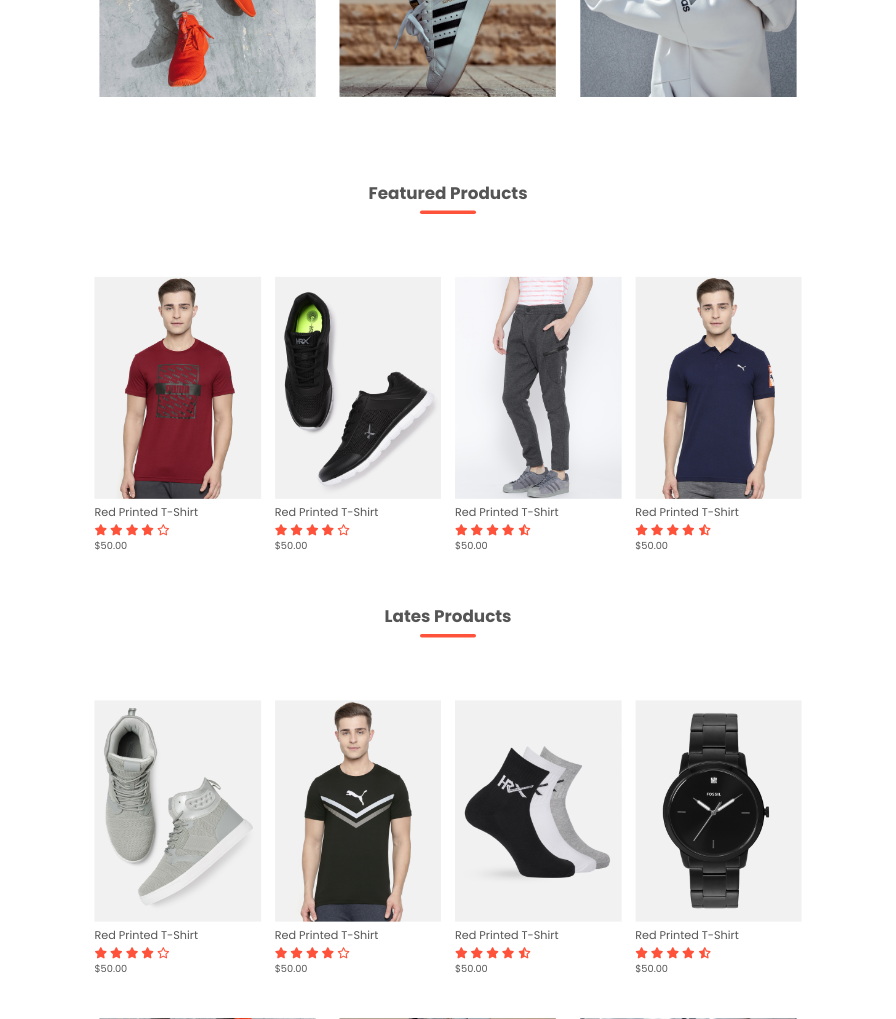
Repository: datvu1608/redsportstore
Page: index.html
The author's editor kept a copy of each file at every save. The page is drawn from the files as they stood at one save, then again after the next save.
The browser window is 1280 px wide. The pictures show the part of the page from y = 1061 to 2981 px (the page is 2516 px tall before and 2981 px after), at 70% of full size.

Above is the page before, as saved 2023-11-22 23:46:09.

### index.html
<!DOCTYPE html>
<html lang="en">
  <head>
    <meta charset="UTF-8" />
    <meta name="viewport" content="width=device-width, initial-scale=1.0" />
    <title>Restore | Ecommerce Website Design</title>
    <link
      href="https://fonts.googleapis.com/css2?family=Poppins:wght@300;400;500;600;700&display=swap"
      rel="stylesheet"
    />
    <link
      rel="stylesheet"
      href="https://cdnjs.cloudflare.com/ajax/libs/font-awesome/6.4.2/css/all.min.css"
    />
    <link rel="stylesheet" href="./styles.css" />
  </head>
  <body>
    <div class="header">
      <div class="container">
        <div class="navbar">
          <div class="logo">
            <img src="./images/logo.png" alt="" width="125px" />
          </div>
          <nav>
            <ul>
              <li>
                <a href="#">Home</a>
              </li>
              <li>
                <a href="#">Products</a>
              </li>
              <li>
                <a href="#">About</a>
              </li>
              <li>
                <a href="#">Contact</a>
              </li>
              <li>
                <a href="#">Account</a>
              </li>
            </ul>
          </nav>
          <img
            src="./images/cart.png"
            width="30px"
            height="30px"
            alt="cart-icon"
          />
        </div>
        <div class="row">
          <div class="col-2">
            <h1>Give Your Workout <br />A New Style!</h1>
            <p>
              Succes isn't always about greatness. It's about consistency.
              Consistent hard work gains success. Greatness will come.
            </p>
            <a href="" class="btn">Explore Now &#8594;</a>
          </div>
          <div class="col-2">
            <img src="./images/image1.png" alt="" />
          </div>
        </div>
      </div>
    </div>
    <!-- featured categories -->
    <div class="categories">
      <div class="small-container">
        <div class="row">
          <div class="col-3">
            <img src="./images/category-1.jpg" alt="" />
          </div>
          <div class="col-3">
            <img src="./images/category-2.jpg" alt="" />
          </div>
          <div class="col-3">
            <img src="./images/category-3.jpg" alt="" />
          </div>
        </div>
      </div>
    </div>
    <!-- featured-products -->
    <div class="small-container">
      <h2 class="title">Featured Products</h2>
      <div class="row">
        <div class="col-4">
          <img src="./images/product-1.jpg" alt="" />
          <h4>Red Printed T-Shirt</h4>
          <div class="rating">
            <i class="fa-solid fa-star"></i>
            <i class="fa-solid fa-star"></i>
            <i class="fa-solid fa-star"></i>
            <i class="fa-solid fa-star"></i>
            <i class="fa-regular fa-star"></i>
          </div>
          <p>$50.00</p>
        </div>
        <div class="col-4">
          <img src="./images/product-2.jpg" alt="" />
          <h4>Red Printed T-Shirt</h4>
          <div class="rating">
            <i class="fa-solid fa-star"></i>
            <i class="fa-solid fa-star"></i>
            <i class="fa-solid fa-star"></i>
            <i class="fa-solid fa-star"></i>
            <i class="fa-regular fa-star"></i>
          </div>
          <p>$50.00</p>
        </div>
        <div class="col-4">
          <img src="./images/product-3.jpg" alt="" />
          <h4>Red Printed T-Shirt</h4>
          <div class="rating">
            <i class="fa-solid fa-star"></i>
            <i class="fa-solid fa-star"></i>
            <i class="fa-solid fa-star"></i>
            <i class="fa-solid fa-star"></i>
            <i class="fa-solid fa-star-half-stroke"></i>
          </div>
          <p>$50.00</p>
        </div>
        <div class="col-4">
          <img src="./images/product-4.jpg" alt="" />
          <h4>Red Printed T-Shirt</h4>
          <div class="rating">
            <i class="fa-solid fa-star"></i>
            <i class="fa-solid fa-star"></i>
            <i class="fa-solid fa-star"></i>
            <i class="fa-solid fa-star"></i>
            <i class="fa-solid fa-star-half-stroke"></i>
          </div>
          <p>$50.00</p>
        </div>
      </div>
      <h2 class="title">Lates Products</h2>
      <div class="row">
        <div class="col-4">
          <img src="./images/product-5.jpg" alt="" />
          <h4>Red Printed T-Shirt</h4>
          <div class="rating">
            <i class="fa-solid fa-star"></i>
            <i class="fa-solid fa-star"></i>
            <i class="fa-solid fa-star"></i>
            <i class="fa-solid fa-star"></i>
            <i class="fa-regular fa-star"></i>
          </div>
          <p>$50.00</p>
        </div>
        <div class="col-4">
          <img src="./images/product-6.jpg" alt="" />
          <h4>Red Printed T-Shirt</h4>
          <div class="rating">
            <i class="fa-solid fa-star"></i>
            <i class="fa-solid fa-star"></i>
            <i class="fa-solid fa-star"></i>
            <i class="fa-solid fa-star"></i>
            <i class="fa-regular fa-star"></i>
          </div>
          <p>$50.00</p>
        </div>
        <div class="col-4">
          <img src="./images/product-7.jpg" alt="" />
          <h4>Red Printed T-Shirt</h4>
          <div class="rating">
            <i class="fa-solid fa-star"></i>
            <i class="fa-solid fa-star"></i>
            <i class="fa-solid fa-star"></i>
            <i class="fa-solid fa-star"></i>
            <i class="fa-solid fa-star-half-stroke"></i>
          </div>
          <p>$50.00</p>
        </div>
        <div class="col-4">
          <img src="./images/product-8.jpg" alt="" />
          <h4>Red Printed T-Shirt</h4>
          <div class="rating">
            <i class="fa-solid fa-star"></i>
            <i class="fa-solid fa-star"></i>
            <i class="fa-solid fa-star"></i>
            <i class="fa-solid fa-star"></i>
            <i class="fa-solid fa-star-half-stroke"></i>
          </div>
          <p>$50.00</p>
        </div>
      </div>
    </div>
  </body>
</html>

### styles.css
* {
  margin: 0;
  padding: 0;
  box-sizing: border-box;
}
body {
  font-family: 'Poppins', sans-serif;
}
a {
  text-decoration: none;
}
.navbar {
  display: flex;
  align-items: center;
  padding: 20px;
}
nav {
  flex: 1;
  text-align: right;
}
nav ul {
  display: inline-block;
  list-style-type: none;
}
nav ul li {
  display: inline-block;
  margin-right: 20px;
}
nav ul li a {
  text-decoration: none;
  color: #555;
}

p {
  color: #555;
}
.container {
  max-width: 1300px;
  margin: auto;
  padding-left: 25px;
  padding-right: 25px;
}
.row {
  display: flex;
  align-items: center;
  flex-wrap: wrap;
  justify-content: space-around;
}
.col-2 {
  flex-basis: 50%;
  min-width: 300px;
}
.col-2 img {
  max-width: 100%;
  padding: 50px 0;
}
.col-2 h1 {
  font-size: 50px;
  line-height: 60px;
  margin: 25px 0;
}
.btn {
  display: inline-block;
  background: #ff523b;
  border-radius: 30px;
  color: #fff;
  padding: 8px 30px;
  margin: 30px 0;
  transition: 0.5s;
}
.btn:hover {
  background: #563434;
}
.header {
  background: radial-gradient(#fff, #ffd6d6);
}
.header .row {
  margin-top: 70px;
}

.categories {
  margin: 70px 0;
}
.col-3 {
  flex-basis: 30%;
  min-width: 250px;
  margin-bottom: 30px;
}
.col-3 img {
  width: 100%;
}
.small-container {
  max-width: 1080px;
  margin: auto;
  padding-left: 25px;
  padding-right: 25px;
}
.col-4 {
  flex-basis: 25%;
  padding: 10px;
  min-width: 200px;
  margin-bottom: 50px;
  transition: 0.5s;
}
.col-4 img {
  width: 100%;
}

.title {
  text-align: center;
  margin: 0 auto 80px;
  position: relative;
  line-height: 60px;
  color: #555;
}
.title::after {
  content: '';
  background: #ff523b;
  width: 80px;
  height: 5px;
  position: absolute;
  border-radius: 5px;
  bottom: 0;
  left: 50%;
  transform: translateX(-50%);
}
h4 {
  color: #555;
  font-weight: normal;
}
.col-4 p {
  font-size: 14px;
}
.rating .fa-star,
.fa-star-half-stroke {
  color: #ff523b;
}

.col-4:hover {
  transform: translateY(-10px);
}

After the next save:
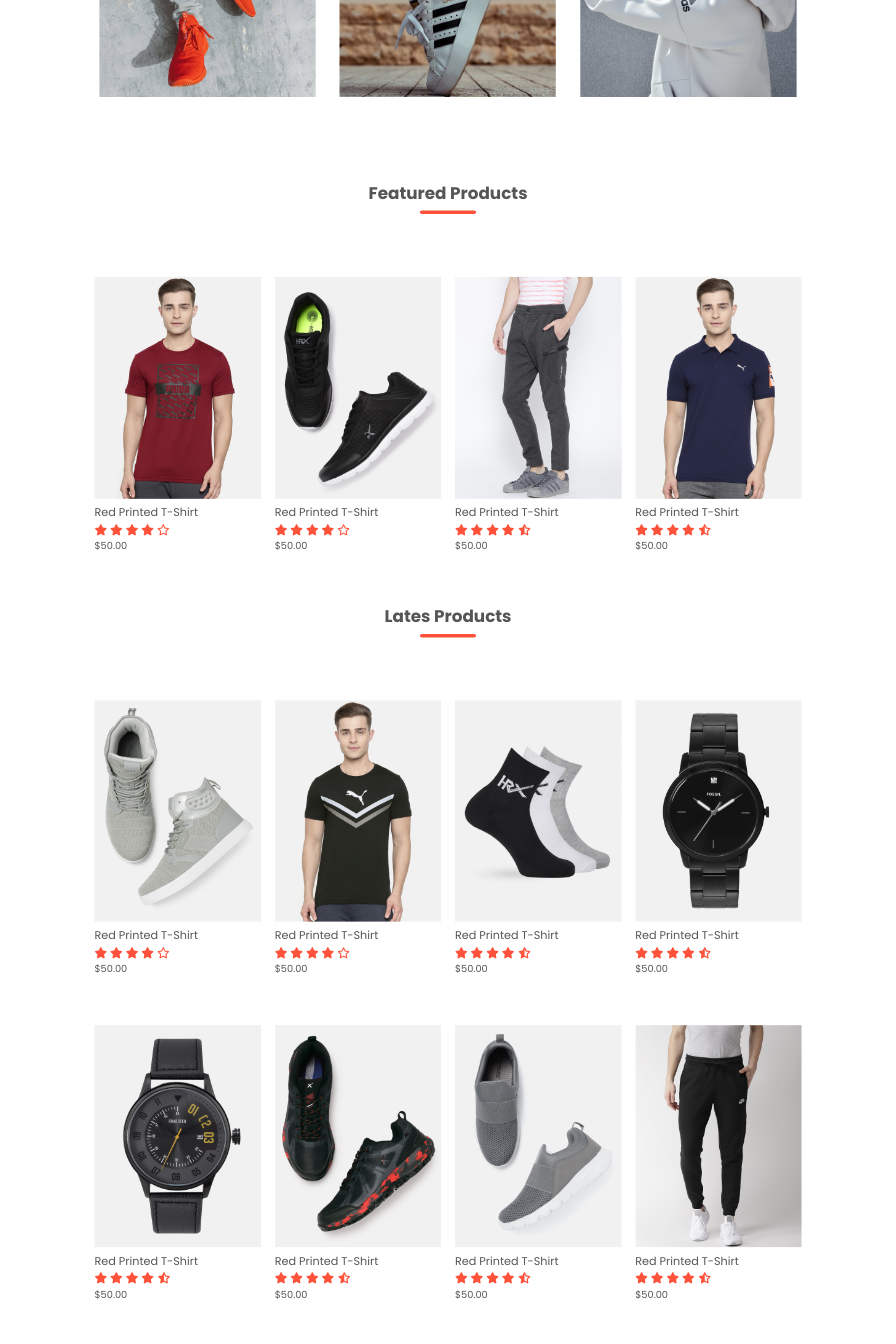
Saved 77 s later.
--- a/index.html
+++ b/index.html
@@ -181,6 +181,54 @@
           </div>
           <p>$50.00</p>
         </div>
+        <div class="col-4">
+          <img src="./images/product-9.jpg" alt="" />
+          <h4>Red Printed T-Shirt</h4>
+          <div class="rating">
+            <i class="fa-solid fa-star"></i>
+            <i class="fa-solid fa-star"></i>
+            <i class="fa-solid fa-star"></i>
+            <i class="fa-solid fa-star"></i>
+            <i class="fa-solid fa-star-half-stroke"></i>
+          </div>
+          <p>$50.00</p>
+        </div>
+        <div class="col-4">
+          <img src="./images/product-10.jpg" alt="" />
+          <h4>Red Printed T-Shirt</h4>
+          <div class="rating">
+            <i class="fa-solid fa-star"></i>
+            <i class="fa-solid fa-star"></i>
+            <i class="fa-solid fa-star"></i>
+            <i class="fa-solid fa-star"></i>
+            <i class="fa-solid fa-star-half-stroke"></i>
+          </div>
+          <p>$50.00</p>
+        </div>
+        <div class="col-4">
+          <img src="./images/product-11.jpg" alt="" />
+          <h4>Red Printed T-Shirt</h4>
+          <div class="rating">
+            <i class="fa-solid fa-star"></i>
+            <i class="fa-solid fa-star"></i>
+            <i class="fa-solid fa-star"></i>
+            <i class="fa-solid fa-star"></i>
+            <i class="fa-solid fa-star-half-stroke"></i>
+          </div>
+          <p>$50.00</p>
+        </div>
+        <div class="col-4">
+          <img src="./images/product-12.jpg" alt="" />
+          <h4>Red Printed T-Shirt</h4>
+          <div class="rating">
+            <i class="fa-solid fa-star"></i>
+            <i class="fa-solid fa-star"></i>
+            <i class="fa-solid fa-star"></i>
+            <i class="fa-solid fa-star"></i>
+            <i class="fa-solid fa-star-half-stroke"></i>
+          </div>
+          <p>$50.00</p>
+        </div>
       </div>
     </div>
   </body>
